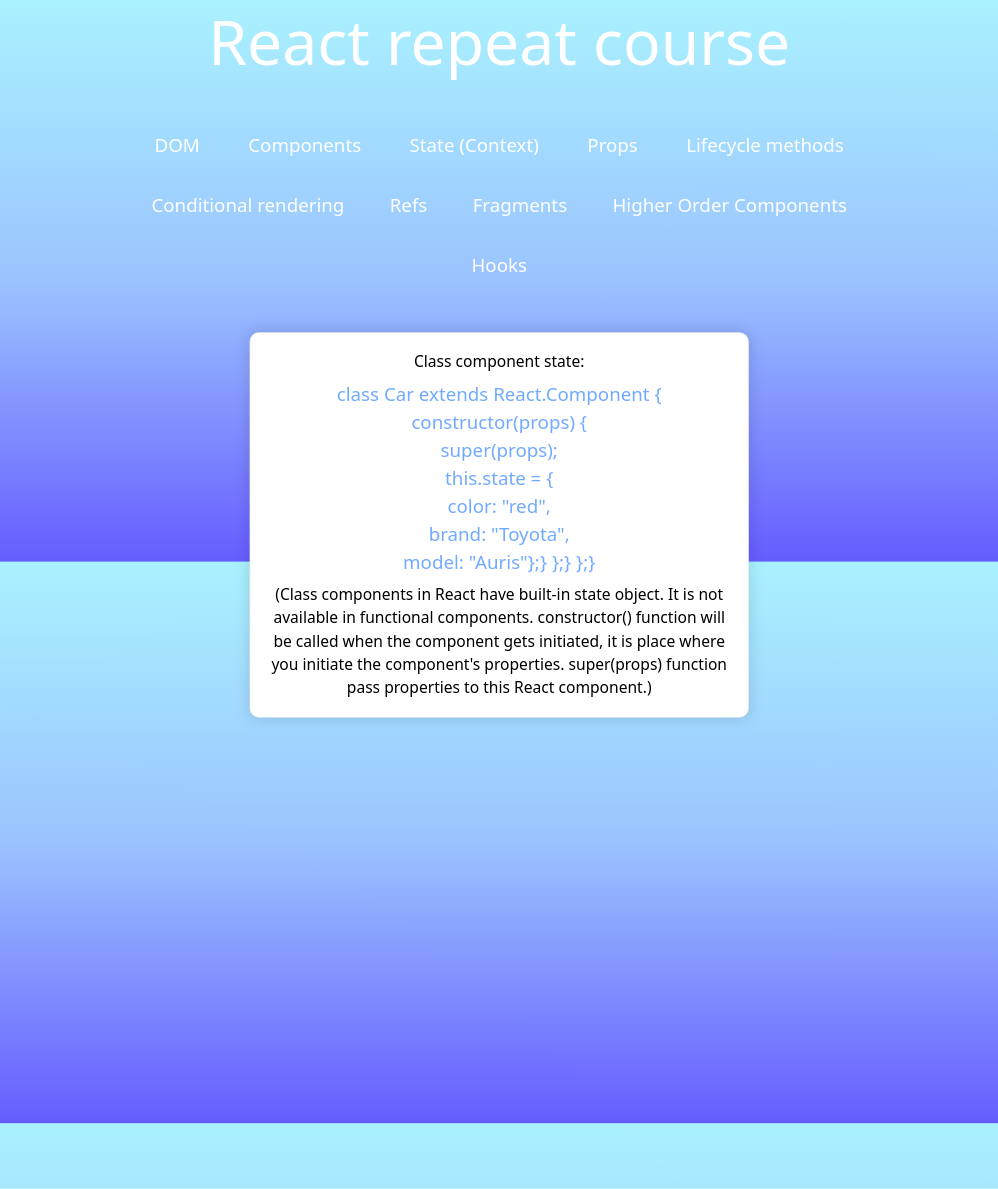
Repository: michalgornicki/github
Page: /#/State
These files come from the project's save history. The page is drawn as it stood at one moment and after a run of saves; the edit follows.
The browser window is 1280 px wide. The pictures show the whole page, at 78% of full size.
Backgrounds fixed to the window are drawn as part of the page. The project was rebuilt for these pictures with package versions that can differ from the ones it lists, and the page was loaded fresh each time. Also part of the build but not shown: src/components/dom.jsx, src/components/components.jsx, src/components/props.jsx, src/components/lifecycle.jsx, src/components/conditional.jsx, src/components/refs.jsx, src/components/fragments.jsx, src/components/hoc.jsx and 1 more.

Above is the page before, as saved 2022-02-07 12:58:28.

After the next 2 saves:
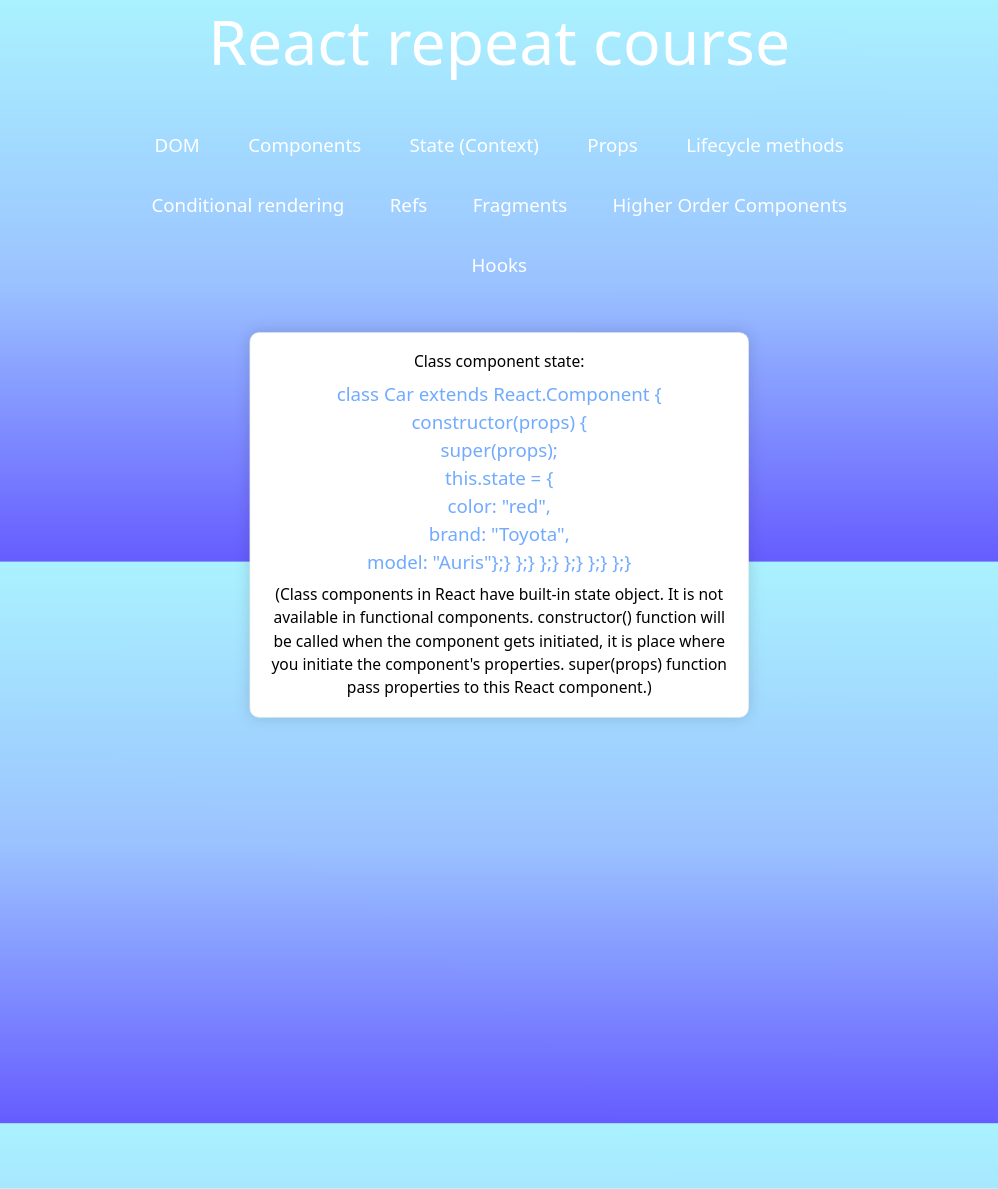
The 2 saves are shown as one change because they came seconds apart.
The last was saved 6 s later.
--- a/src/components/state.jsx
+++ b/src/components/state.jsx
@@ -15,6 +15,9 @@
           {`};}`}{" "}
           {`};}`}{" "}
           {`};}`}{" "}
+          {`};}`}{" "}
+          {`};}`}{" "}
+          {`};}`}{" "}
         </div>{" "}
         (Class components in React have built-in state object. It is not available in functional components. constructor() function will be called when the component gets initiated, it is place where you initiate the component's properties. super(props) function pass properties to this React component.)
       </div>
